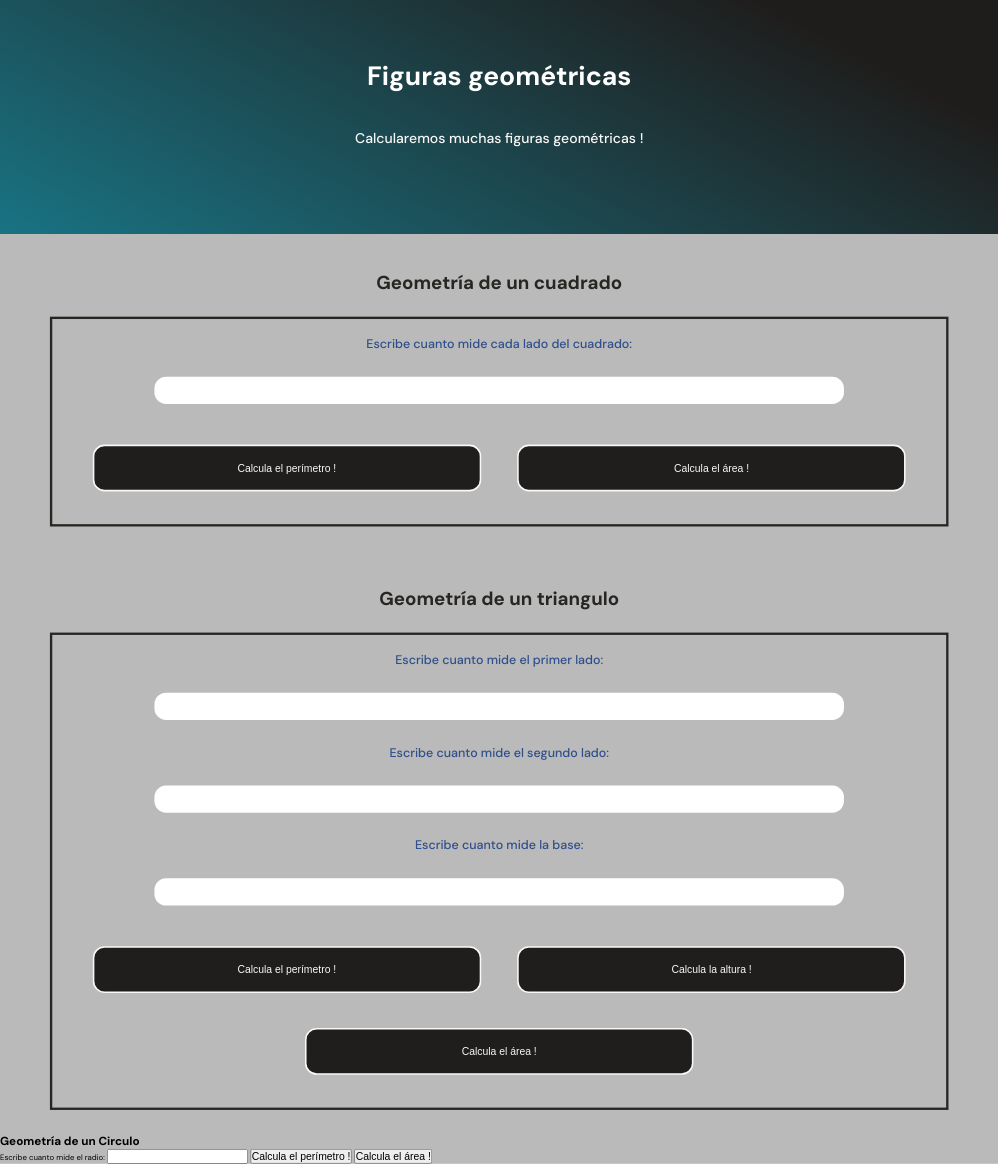
Repository: ChristianGecchelin/javascript-project
Page: javascript-project/figuras-geometricas/figuras.html
The author's editor kept a copy of each file at every save. The page is drawn from the files as they stood at one save, then again after the next save.
The browser window is 1280 px wide. The pictures show the whole page, at 78% of full size.

Above is the page before, as saved 2021-12-02 00:07:19.

### javascript-project/figuras-geometricas/figuras.html
<!DOCTYPE html>
<html lang="en">
  <head>
    <meta charset="UTF-8" />
    <meta http-equiv="X-UA-Compatible" content="IE=edge" />
    <meta name="viewport" content="width=device-width, initial-scale=1.0" />
    <title>Figuras geométricas | Proyecto 1</title>
    <link rel="preconnect" href="https://fonts.googleapis.com" />
    <link rel="preconnect" href="https://fonts.gstatic.com" crossorigin />
    <link
      href="https://fonts.googleapis.com/css2?family=DM+Sans:wght@400;500;700&family=Inter:wght@300;500&display=swap"
      rel="stylesheet"
    />
    <link rel="stylesheet" href="./style.css" />
  </head>
  <body>
    <header>
      <div class="header--title-container">
        <h1>Figuras geométricas</h1>
        <p>Calcularemos muchas figuras geométricas !</p>
      </div>
    </header>
    <main>
      <section class="main-calculadora-contenedor">
        <h2 class="main-calculadora-contenedor--title">
          Geometría de un cuadrado
        </h2>
        <div class="main-calculadora-form-contenedor">
          <form action="">
            <label class="form--label-input" for=""
              >Escribe cuanto mide cada lado del cuadrado:</label
            >
            <input class="form--input" type="number" id="inputCuadrado" />
            <button
              class="form--input-boton"
              type="button"
              onclick="calcularPerimetroCuadrado()"
            >
              Calcula el perímetro !
            </button>
            <button
              class="form--input-boton"
              type="button"
              onclick="calcularAreaCuadrado()"
            >
              Calcula el área !
            </button>
            <!-- type button, para quitarle el submit por defecto y que no me redireccione a ningun lado -->
          </form>
        </div>
      </section>
      <section class="main-calculadora-contenedor">
        <h2 class="main-calculadora-contenedor--title">
          Geometría de un triangulo
        </h2>
        <div class="main-calculadora-form-contenedor">
          <form action="">
            <label class="form--label-input" for=""
              >Escribe cuanto mide el primer lado:</label
            >
            <input class="form--input" type="number" id="inputLado1" />
            <label class="form--label-input" for=""
              >Escribe cuanto mide el segundo lado:</label
            >
            <input class="form--input" type="number" id="inputLado2" />
            <label class="form--label-input" for=""
              >Escribe cuanto mide la base:</label
            >
            <input class="form--input" type="number" id="inputBase" />
            <button
              class="form--input-boton"
              type="button"
              onclick="calcularPerimetroTriangulo()"
            >
              Calcula el perímetro !
            </button>
            <button
              class="form--input-boton"
              type="button"
              onclick="calcularAlturaTriangulo()"
            >
              Calcula la altura !
            </button>
            <button
              class="form--input-boton"
              type="button"
              onclick="calcularAreaTriangulo()"
            >
              Calcula el área !
            </button>
            <!-- type button, para quitarle el submit por defecto y que no me redireccione a ningun lado -->
          </form>
        </div>
      </section>
      <section>
        <h2>Geometría de un Circulo</h2>
        <form action="">
          <label for="">Escribe cuanto mide el radio:</label>
          <input type="number" id="inputRadio" />
          <button type="button" onclick="calcularPerimetroCirculo()">
            Calcula el perímetro !
          </button>
          <button type="button" onclick="calcularAreaCirculo()">
            Calcula el área !
          </button>
          <!-- type button, para quitarle el submit por defecto y que no me redireccione a ningun lado -->
        </form>
      </section>
    </main>
    <script src="./figurasConFunciones.js"></script>
  </body>
</html>

### javascript-project/figuras-geometricas/style.css
:root {
  --Dark-lightblue: #197383;
  --soft-orange: #ffe9d5;
  --secondary-blue: #1a9af7;
  --soft-blue: #e7f5ff;
  --warm-black: #201e1c;
  --black: #282623;
  --grey: #bababa;
  --off-white: #faf8f7;
  --just-white: #fff;
}
* {
  box-sizing: border-box;
  margin: 0;
  padding: 0;
}
html {
  font-size: 62.5%;
  font-family: "DM Sans", sans-serif;
}
header {
  position: relative;
  display: flex;
  flex-direction: column;
  justify-content: center;
  width: 100%;
  min-width: 320px;
  height: 300px;
  text-align: center;
  background: linear-gradient(207.8deg, #1f1d1c 16.69%, #197383 100%);
}
header .header--title-container {
  width: 90%;
  min-width: 288px;
  max-width: 900px;
  height: 200px;
  text-align: center;
  align-self: center;
}
header .header--title-container h1 {
  margin-top: 30px;
  margin-bottom: 50px;
  font-size: 3.4rem;
  font-weight: 700;
  line-height: 3.6rem;
  color: var(--just-white);
}
header .header--title-container p {
  font-size: 1.8rem;
  font-weight: 500;
  line-height: 2.2rem;
  color: var(--off-white);
}
main {
  width: 100%;
  height: auto;
  background-color: var(--grey);
  min-width: 320px;
}
.main-calculadora-contenedor {
  width: 90%;
  min-width: 280px;
  height: auto;
  margin: 0 auto;
  padding-top: 50px;
  padding-bottom: 30px;
  text-align: center;
}
.main-calculadora-contenedor--title {
  margin-bottom: 30px;
  font-size: 2.4rem;
  font-weight: 700;
  line-height: 2.6rem;
  color: var(--black);
}
.main-calculadora-form-contenedor {
  display: flex;
  flex-direction: column;
  justify-content: center;
  height: auto;
  border: 3px solid var(--black);
  padding: 20px 20px;
}
.main-calculadora-form-contenedor .form--label-input {
  display: block;
  font-size: 1.6rem;
  font-weight: 500;
  line-height: 2.4rem;
  color: rgba(34, 68, 136, 0.92);
}
.main-calculadora-form-contenedor .form--input {
  display: block;
  width: 80%;
  height: 35px;
  margin: 30px auto;
  border: none;
  border-radius: 15px;
  text-align: center;
  font-size: 2rem;
  font-weight: 500;
}
.main-calculadora-form-contenedor .form--input:focus {
  border: 5px solid var(--Dark-lightblue);
  width: 85%;
  border-radius: 15px;
}
.main-calculadora-form-contenedor .form--input-boton {
  width: 45%;
  height: 60px;
  margin: 2%;
  padding: 5px 10px;
  border: 2px solid var(--off-white);
  border-radius: 15px;
  background-color: var(--warm-black);
  color: var(--off-white);
}

### javascript-project/figuras-geometricas/figurasConFunciones.js
/* Codigo del cuadrado */
console.group("Cuadrado");
function perimetroCuadrado(lado) {
  return lado * 4;
}
/* console.log(`Perimetro del cuadrado es: ${perimetroCuadrado} cm.`); */
function areaCuadrado(lado) {
  return (
    lado ** 2
  ); /* debe estar escrito de igual manera el parametro que el return */
}

/* console.log(`El area del cuadrado es: ${areaCuadrado} cm^2.`); */
console.groupEnd();

/* Codigo del triangulo */
console.group("Triangulo");

function perimetroTriangulo(lado1, lado2, base) {
  return lado1 + lado2 + base;
}
function calcularAltura(lado1, lado2, lado3) {
  let ladosIguales;
  let ladoBase;
  let altura;

  if (
    lado1 + lado2 <= lado3 ||
    lado1 + lado3 <= lado2 ||
    lado2 + lado3 <= lado1
  ) {
    alert(
      "En un triangulo la base no puede ser mayor a la suma de sus catetos"
    );
  } else {
    switch (true) {
      case lado1 === lado2:
        ladosIguales = lado1;
        ladoBase = lado3;
        break;
      case lado1 === lado3:
        ladosIguales = lado1;
        ladoBase = lado2;
        break;
      case lado3 === lado2:
        ladosIguales = lado2;
        ladoBase = lado1;
        break;
    }
    if (!ladosIguales) {
      alert("Tu triangulo no es isosceles, ingresa la altura");
    } else {
      altura = Math.sqrt(ladosIguales ** 2 - ladoBase ** 2 / 4);
    }
  }
  return ladosIguales, ladoBase, altura;
}
function areaTriangulo(ladoBase, altura) {
  return (
    (ladoBase * altura) / 2
  ); /* tengo que llamar a la funcion altura para pasarle el dato */
}
console.groupEnd();

//Codigo Circulo
console.group("Circulo");
function diametroCirculo(radio) {
  return radio * 2;
}
const pi = Math.PI;
function circunferencia(radio) {
  const diametro = diametroCirculo(radio);
  /* llamo a una funcion dentro de otra y creo una variable que tiene alcance local */
  return diametro * pi;
}
function superficieCirculo(radio) {
  return pi * radio ** 2;
}

console.groupEnd();
/* Creo una funcion, que a traves del id obtengo lo que el usuario ingreso en el input. y con eso le saco el value que le paso
a la funcion que cree antes y es la encargada de hacer el calculo para luego mostrarse en un aler */
function calcularPerimetroCuadrado() {
  const input = document.getElementById("inputCuadrado");
  const value = input.value;
  const perimetro = perimetroCuadrado(value);
  alert(perimetro);
}
function calcularAreaCuadrado() {
  const input = document.getElementById("inputCuadrado");
  const value = input.value;
  const area = areaCuadrado(value);
  alert(area);
}

function calcularPerimetroTriangulo() {
  const inputLado1 = document.getElementById("inputLado1");
  const valueLado1 = Number(inputLado1.value);
  const inputLado2 = document.getElementById("inputLado2");
  const valueLado2 = Number(inputLado2.value);
  const inputBase = document.getElementById("inputBase");
  const valueBase = Number(inputBase.value);
  /* Es importante ponerle number porque por mas que el input tenga type number, este lo transforma como un string */
  const perimetro = perimetroTriangulo(valueLado1, valueLado2, valueBase);
  alert(perimetro);
}

function calcularAlturaTriangulo() {
  const inputLado1 = document.getElementById("inputLado1");
  const valueLado1 = Number(inputLado1.value);
  const inputLado2 = document.getElementById("inputLado2");
  const valueLado2 = Number(inputLado2.value);
  const inputBase = document.getElementById("inputBase");
  const valueBase = Number(inputBase.value);
  const alturaTriangulo = calcularAltura(valueLado1, valueLado2, valueBase);
  alert(alturaTriangulo);
}

function calcularAreaTriangulo() {
  /* const inputAltura = document.getElementById("inputAltura");
  const valueAltura = Number(inputAltura.value);
  const inputBase = document.getElementById("inputBase");
  const valueBase = inputBase.value;
  const area = areaTriangulo(valueAltura, valueBase);
  alert(area); */
  const inputLado1 = document.getElementById("inputLado1");
  const valueLado1 = Number(inputLado1.value);
  const inputLado2 = document.getElementById("inputLado2");
  const valueLado2 = Number(inputLado2.value);
  const inputBase = document.getElementById("inputBase");
  const valueBase = Number(inputBase.value);
  const altura = calcularAltura(valueLado1, valueLado2, valueBase);
  const area = areaTriangulo(valueBase, altura);
  alert(area);
}

function calcularPerimetroCirculo() {
  const inputRadio = document.getElementById("inputRadio");
  const valueRadio = inputRadio.value;
  const perimetro = circunferencia(valueRadio);
  alert(perimetro);
}
function calcularAreaCirculo() {
  const inputRadio = document.getElementById("inputRadio");
  const valueRadio = inputRadio.value;
  const superficie = superficieCirculo(valueRadio);
  alert(superficie);
}

After the next save:
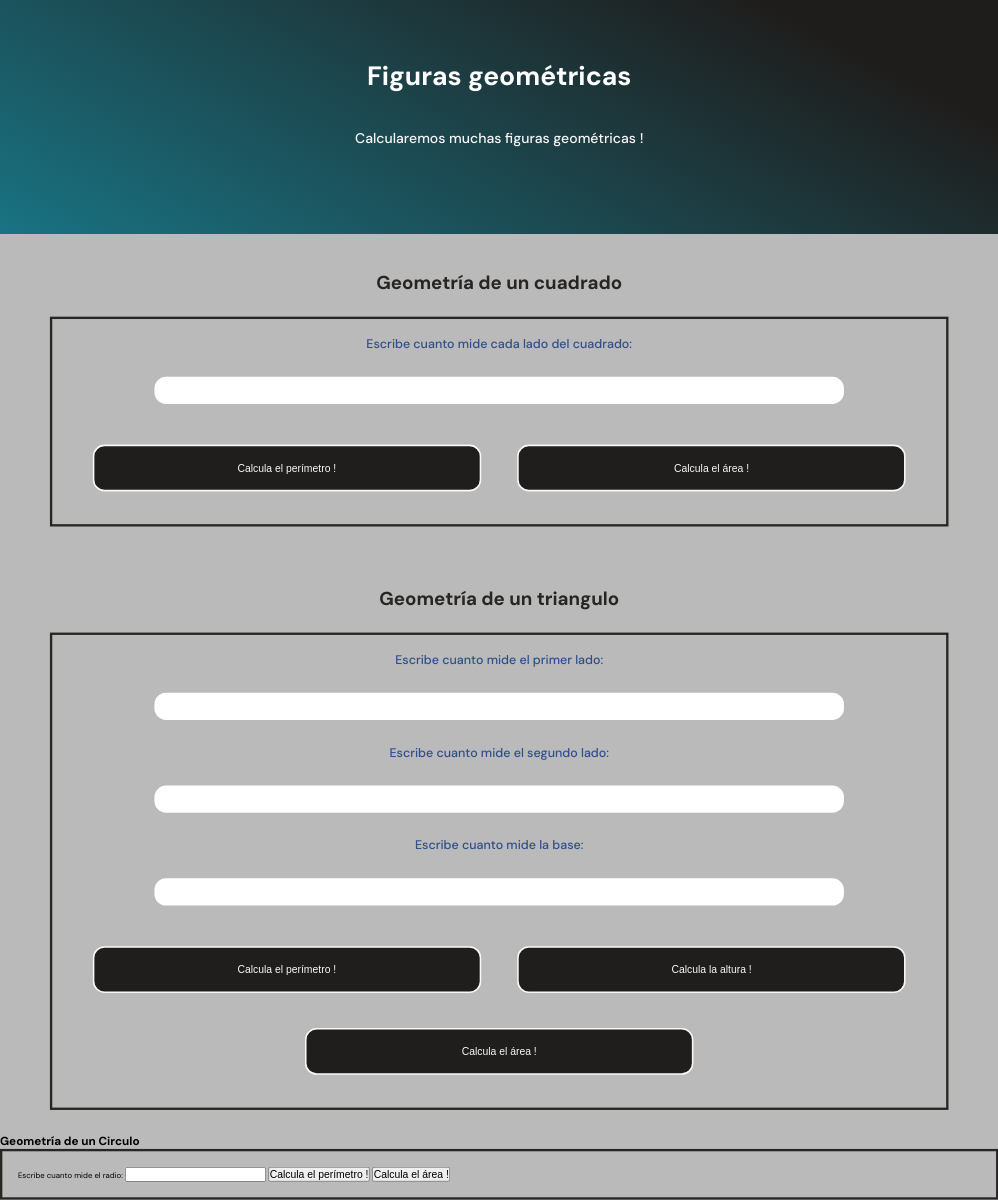
Saved 28 min 15 s later.
--- a/javascript-project/figuras-geometricas/figuras.html
+++ b/javascript-project/figuras-geometricas/figuras.html
@@ -94,17 +94,19 @@
       </section>
       <section>
         <h2>Geometría de un Circulo</h2>
-        <form action="">
-          <label for="">Escribe cuanto mide el radio:</label>
-          <input type="number" id="inputRadio" />
-          <button type="button" onclick="calcularPerimetroCirculo()">
-            Calcula el perímetro !
-          </button>
-          <button type="button" onclick="calcularAreaCirculo()">
-            Calcula el área !
-          </button>
-          <!-- type button, para quitarle el submit por defecto y que no me redireccione a ningun lado -->
-        </form>
+        <div class="main-calculadora-form-contenedor">
+          <form action="">
+            <label for="">Escribe cuanto mide el radio:</label>
+            <input type="number" id="inputRadio" />
+            <button type="button" onclick="calcularPerimetroCirculo()">
+              Calcula el perímetro !
+            </button>
+            <button type="button" onclick="calcularAreaCirculo()">
+              Calcula el área !
+            </button>
+            <!-- type button, para quitarle el submit por defecto y que no me redireccione a ningun lado -->
+          </form>
+        </div>
       </section>
     </main>
     <script src="./figurasConFunciones.js"></script>
